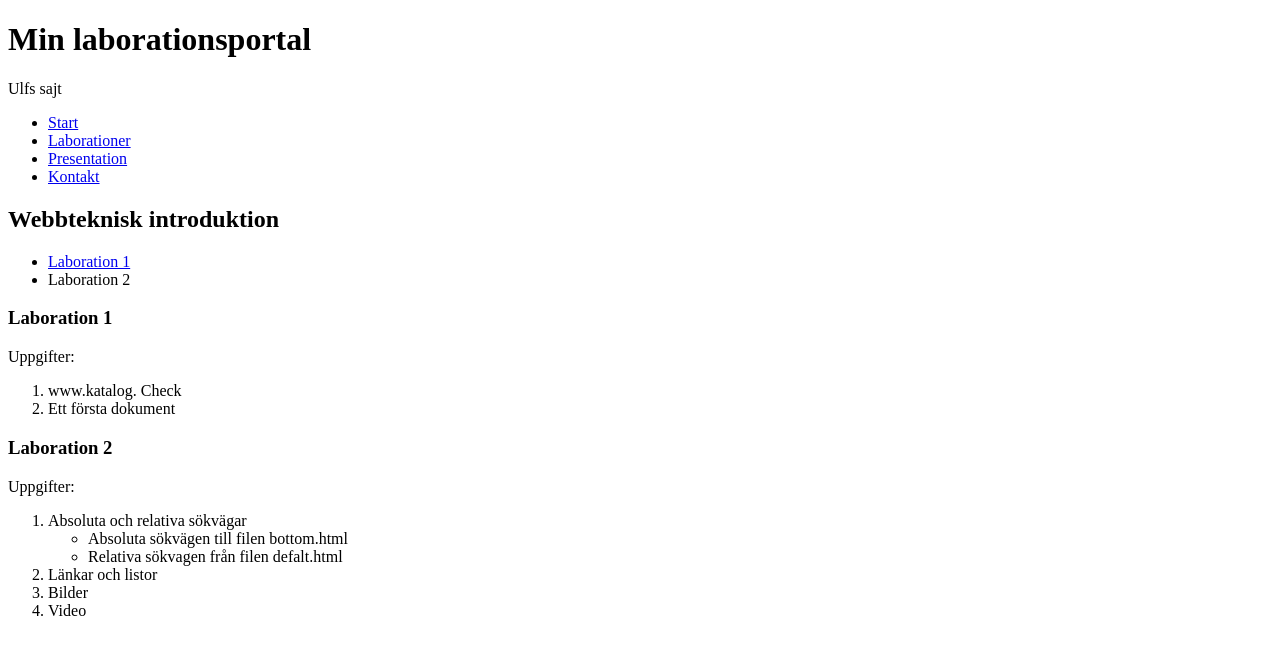
Repository: ulfek/laborationer
Page: pages/laborationer.html
The author's editor kept a record of every edit. The page is drawn from the files as they stood at one moment, then again after the next edit.
The browser window is 1280 px wide. The pictures show the whole page.

Above is the page before.

After the next edit:
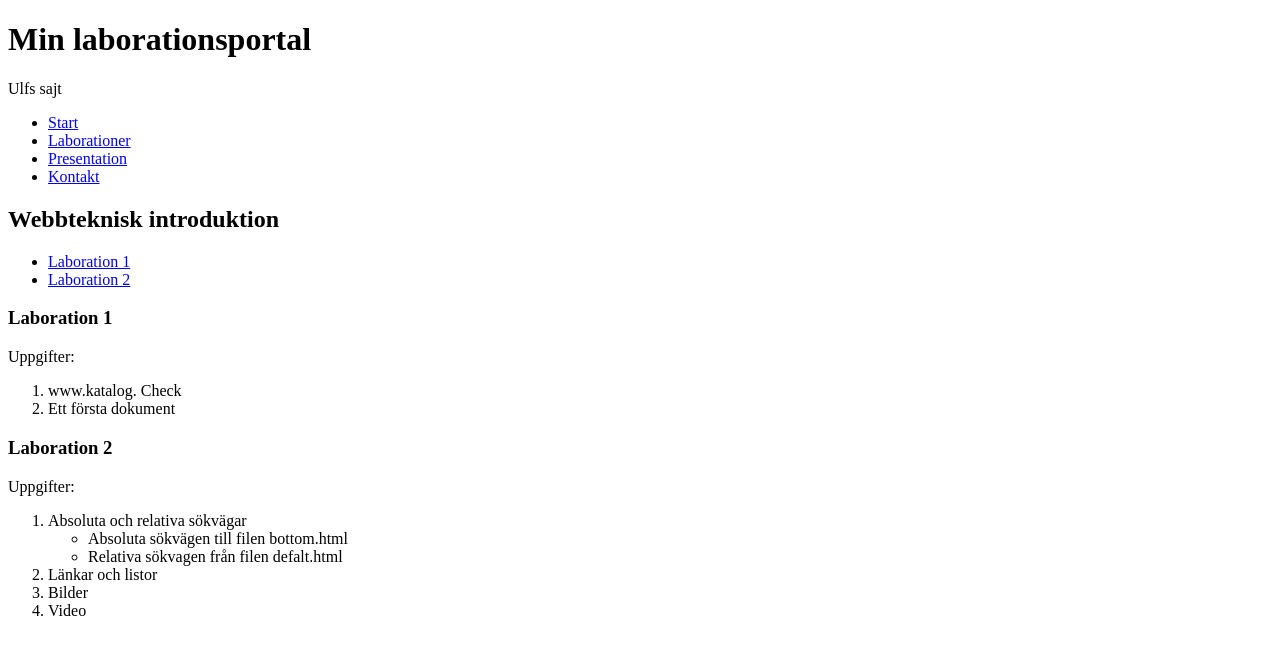
The edit:
--- a/pages/laborationer.html
+++ b/pages/laborationer.html
@@ -15,7 +15,7 @@
         <h2>Webbteknisk introduktion</h2>
         <ul>
             <li><a href="#lab1">Laboration 1</a></li>
-            <li>Laboration 2</li>
+            <li><a href= "#lab2">Laboration 2</a></li>
         </ul>
         <h3 id="lab1">Laboration 1</h3>
         Uppgifter:
